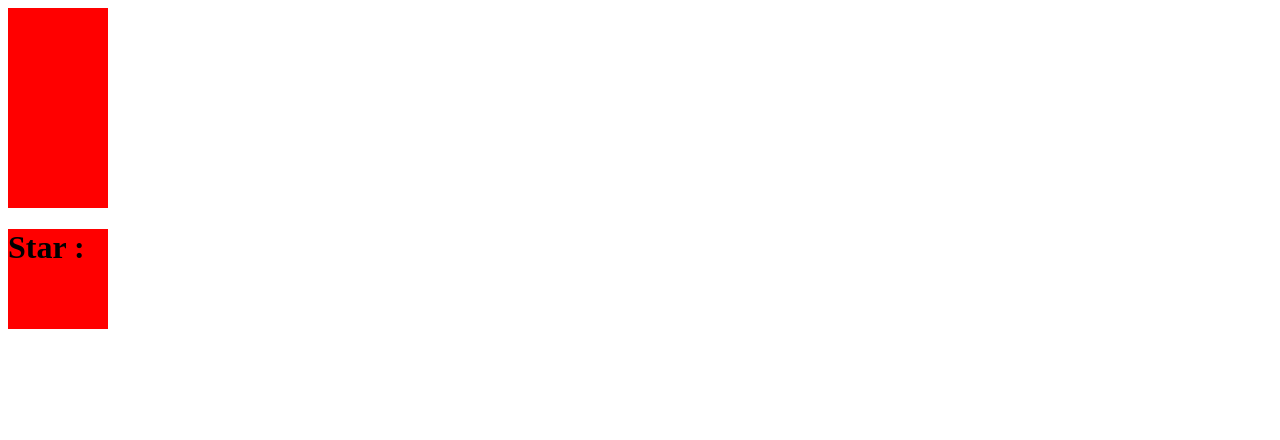
Repository: Shinhan1/shinhan
Page: http://localhost/web_goott/w20200324/w20200324_Test.jsp
An editor plug-in stored every save of this project. The page is shown before and after the next save, followed by the edit.
The browser window is 1280 px wide. The pictures show the whole page.
The page is served by Tomcat 9.

Above is the page before, as saved 2020-03-24 07:53:37.

After the next save:
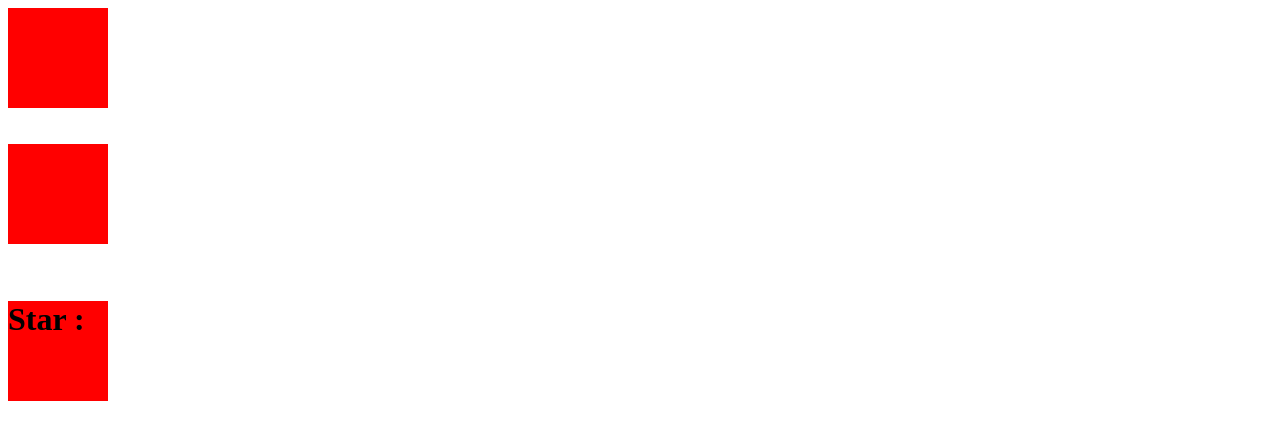
Saved 11 s later.
--- a/web_goott/WebContent/w20200324/w20200324_Test.jsp
+++ b/web_goott/WebContent/w20200324/w20200324_Test.jsp
@@ -49,7 +49,9 @@
 </head>
 <body>
 	<div id="div1"></div>
+	<br /><br />
 	<div id="div2"></div>
+	<br /><br />
 	<div id="div3">
 		<h1>Star : </h1>
 	</div>
